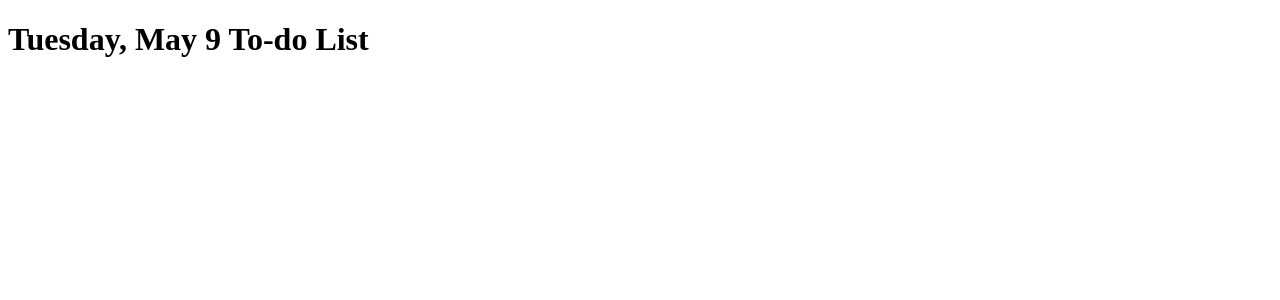
Repository: thecoachanna/todolist-v1
Page: http://localhost/
The author's editor kept a copy of each file at every save. The page is drawn from the files as they stood at one save, then again after a run of saves.
The browser window is 1280 px wide. The pictures show the whole page.
The page is served by the project's Node server (app.js).

Above is the page before, as saved 2023-05-09 07:12:11.

After the next 4 saves:
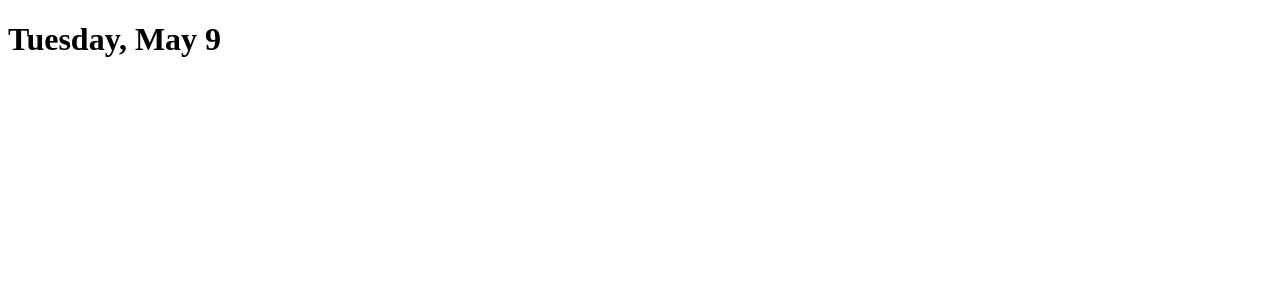
The 4 saves are shown as one change because they came seconds apart.
The last was saved 14 s later.
--- a/views/list.ejs
+++ b/views/list.ejs
@@ -9,15 +9,10 @@
 </head>
 
 <body>
-    <% if (kindOfDay === 'Thursday') { %>
-        <h1 style='color: purple'>
-            <%= kindOfDay %> To-do List
+        <h1>
+            <%= kindOfDay %>
         </h1>
-        <% } else { %>
-        <h1>
-            <%= kindOfDay %> To-do List
-        </h1>
-        <% } %>
+
 </body>
 
 </html>
